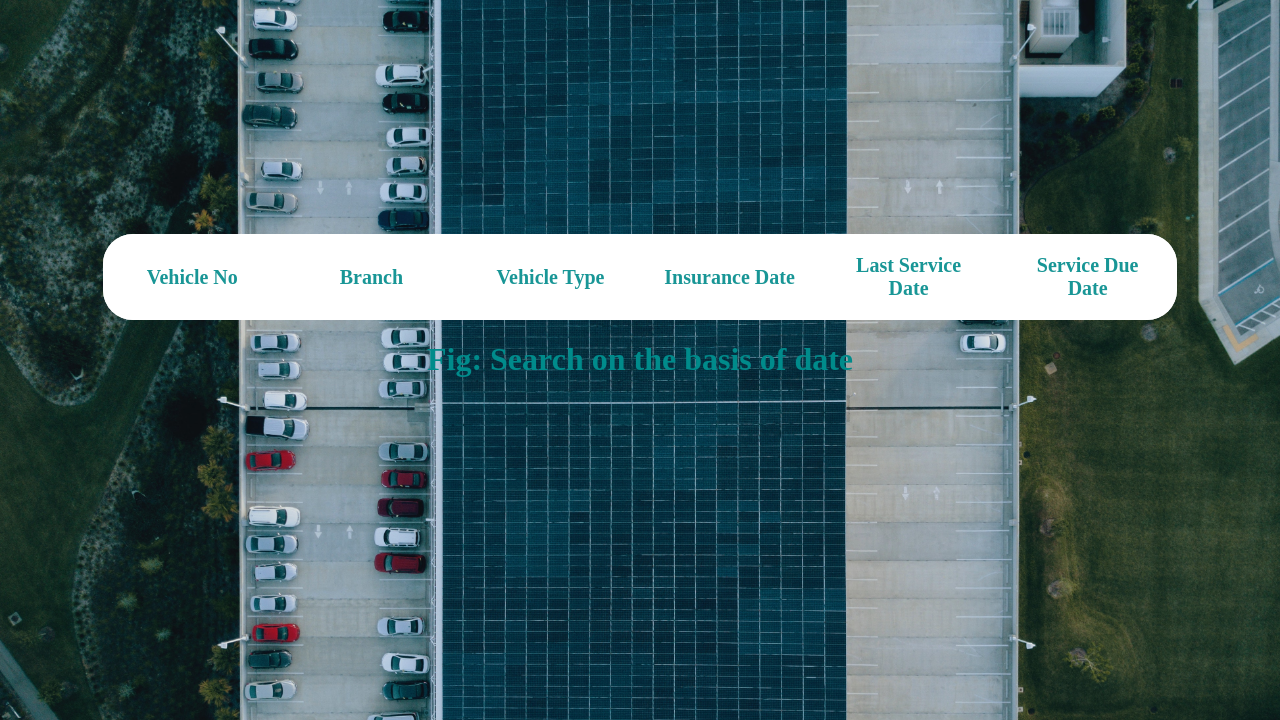
Repository: vaibhavgramni/VehicleSystem
Page: http://localhost/VehicleReservation/SearchInsuranceDate.jsp
These files come from the project's save history. The page is drawn as it stood at one moment and after the next save; the edit follows.
The browser window is 1280 px wide. The pictures show the whole page.
The page is served by Tomcat 9. Queries for data that is not in the repository find no rows.

Above is the page before, as saved 2019-05-06 09:22:22.

After the next save:
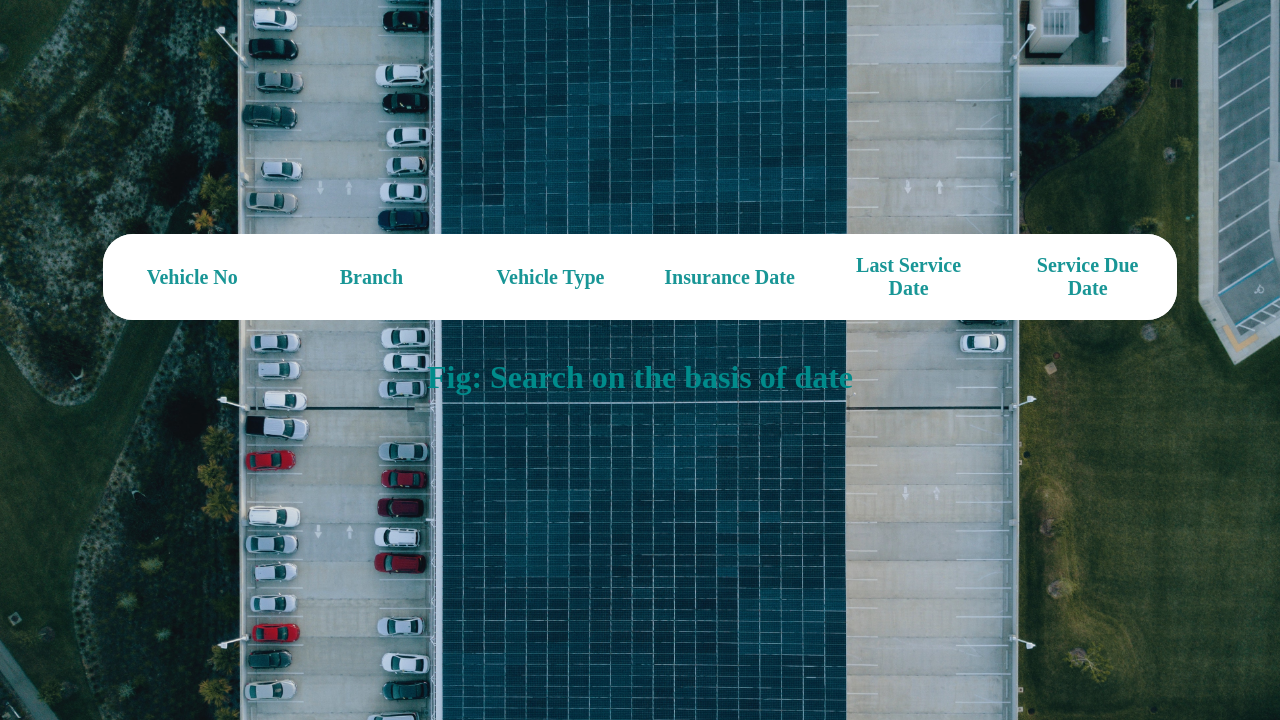
Saved 7 s later.
--- a/VehicleReservation/WebContent/SearchInsuranceDate.jsp
+++ b/VehicleReservation/WebContent/SearchInsuranceDate.jsp
@@ -143,7 +143,7 @@ String role = (String)session.getAttribute("role");
 		                      Util1.closeAll(rs, pstmt, con);
 		               }
 				%>
-		</table>
+		</table><br>
 		<p><center><h1>Fig: Search on the basis of date</h1></center></p>
 </body>
 </html>
